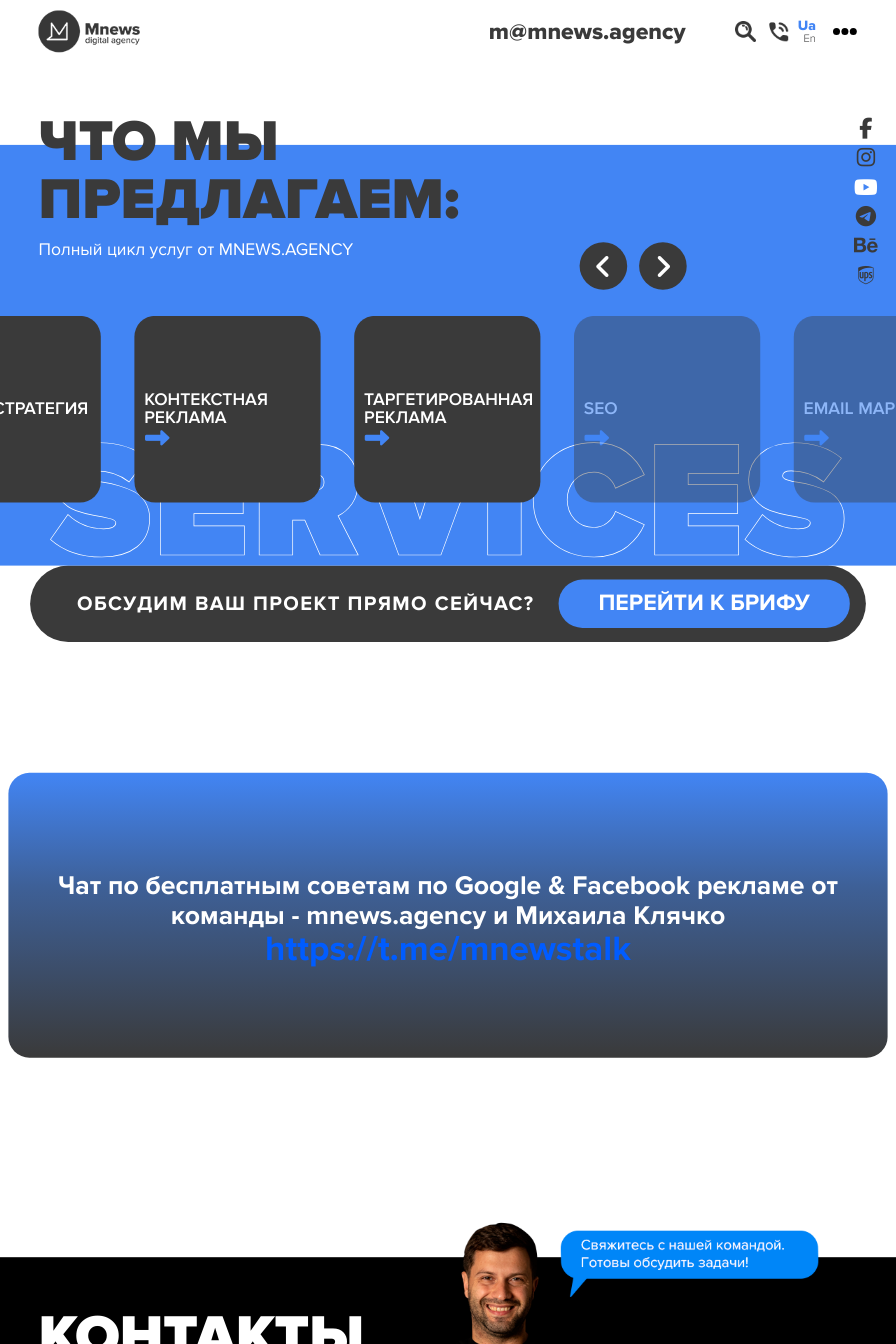
Repository: fanbear/Mnews
Page: services.html
These files come from the project's save history. The page is drawn as it stood at one moment and after the next save; the edit follows.
The browser window is 1280 px wide. The pictures show the part of the page from y = 0 to 1920 px (the page is 3161 px tall), at 70% of full size.
Some web libraries are served in a nearby version.

Above is the page before, as saved 2022-08-09 16:43:29.

After the next save:
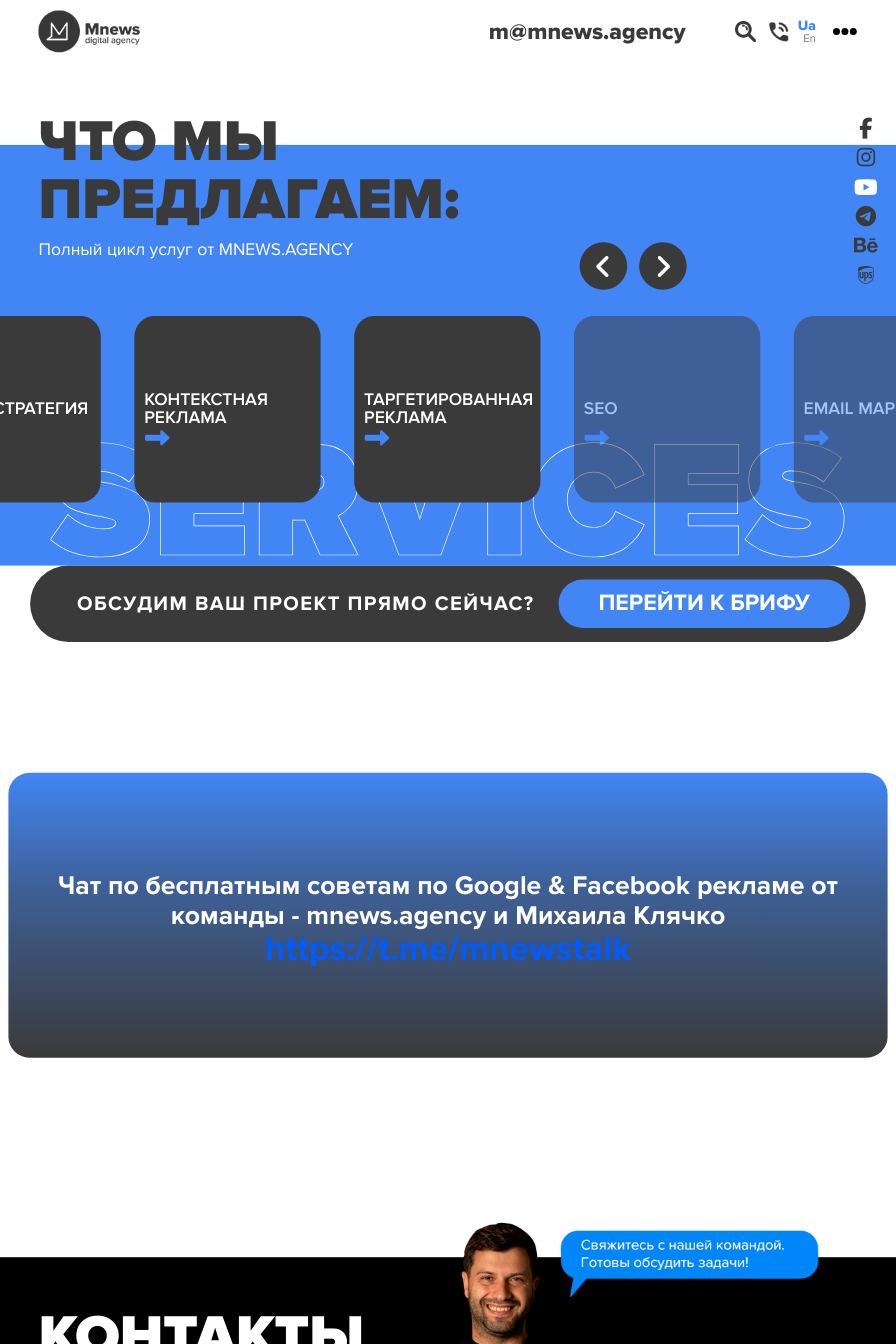
Saved 61 s later.
--- a/css/critical.css
+++ b/css/critical.css
@@ -609,7 +609,7 @@
 }
 
 .services-page .slick-opacity {
-    opacity: 0.4;
+    opacity: 0.5;
     animation: services-slider-item-animation 1s ease-in-out;
 }
 
@@ -619,7 +619,7 @@
     }
 
     100% {
-        opacity: 0.4;
+        opacity: 0.5;
     }
 }
 
